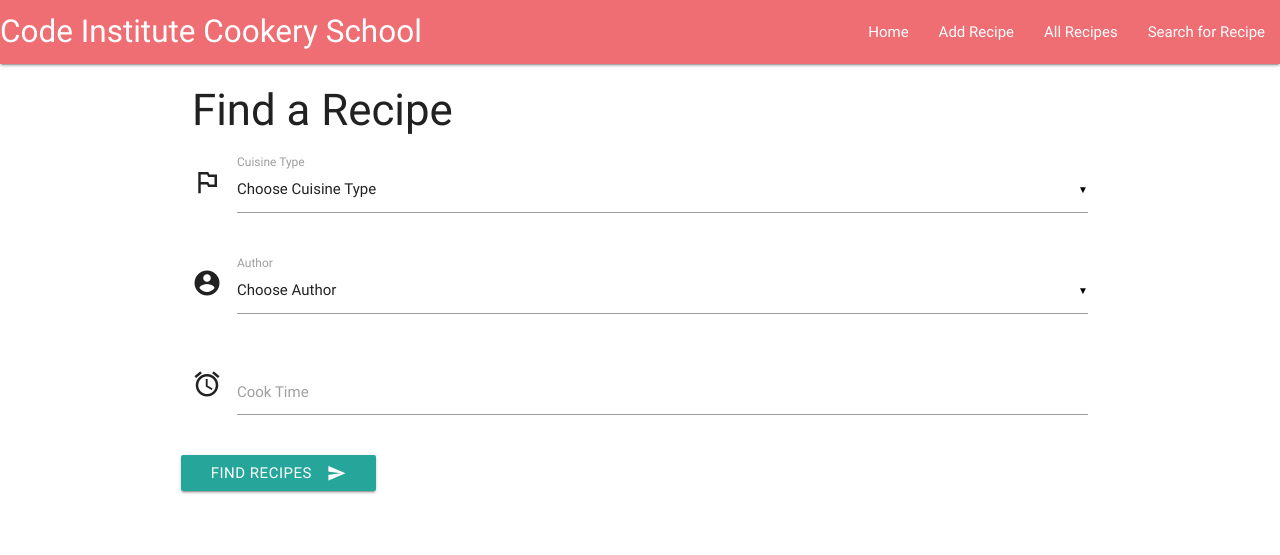
Repository: nakitamccool/francisillingworth-milestone-project-3
Page: http://localhost/find_recipe
The author's editor kept a record of every edit. The page is drawn from the files as they stood at one moment, then again after the next edit.
The browser window is 1280 px wide. The pictures show the whole page.
The page is served by the project's application, run on Flask 3 (app.py). Queries for data that is not in the repository find no rows.

Above is the page before.

After the next edit:
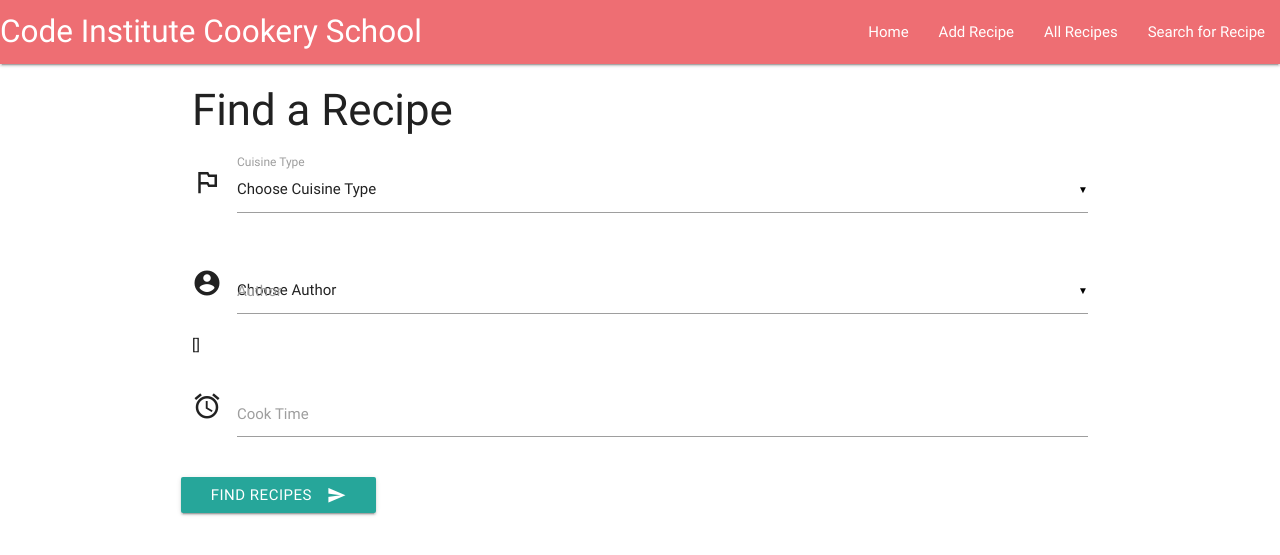
The edit:
--- a/templates/findrecipe.html
+++ b/templates/findrecipe.html
@@ -28,6 +28,7 @@
 
                   {% endfor %}
                 </select>
+                <span>{{authors}}</span>
                     <label>Author</label>
             </div>
             </div>

After the 2 edits that followed:
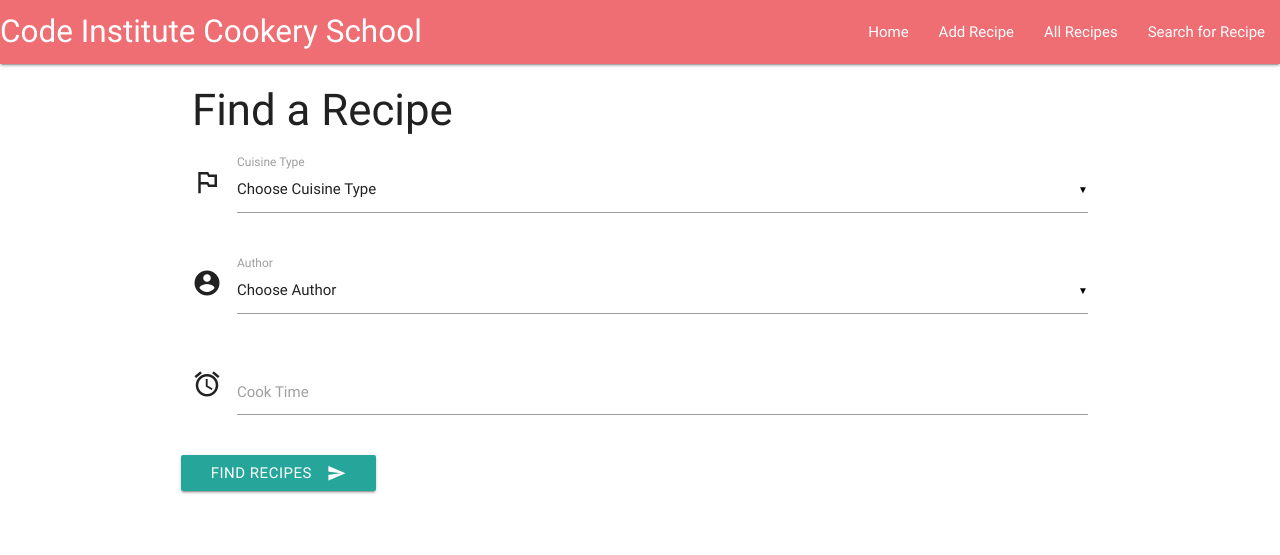
The 2 edits are shown as one change because 1 left the picture as it was.
The edit:
--- a/templates/findrecipe.html
+++ b/templates/findrecipe.html
@@ -24,11 +24,11 @@
                 <select id="author" name="author">
                   <option value="" disabled selected>Choose Author</option>
                   {% for author in authors %}
-                      <option value="{{author}}" >{{author}}</option>
+                      <option value="{{cat.author}}" >{{cat.author}}</option>
 
                   {% endfor %}
                 </select>
-                <span>{{authors}}</span>
+
                     <label>Author</label>
             </div>
             </div>
